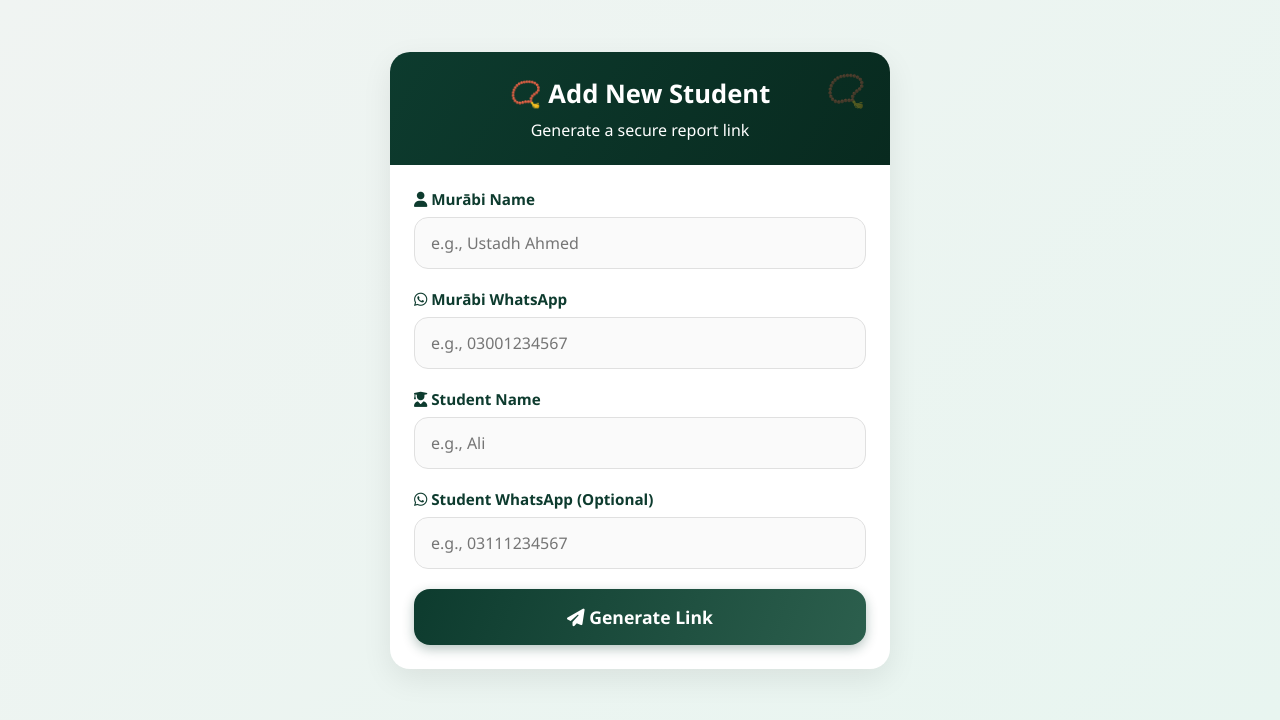
Repository: Shaeel-0005/AddStudent_form
Page: index.html
An editor plug-in stored every save of this project. The page is shown before and after the next save, followed by the edit.
The browser window is 1280 px wide. The pictures show the whole page.

Above is the page before, as saved 2025-11-09 22:00:10.

After the next save:
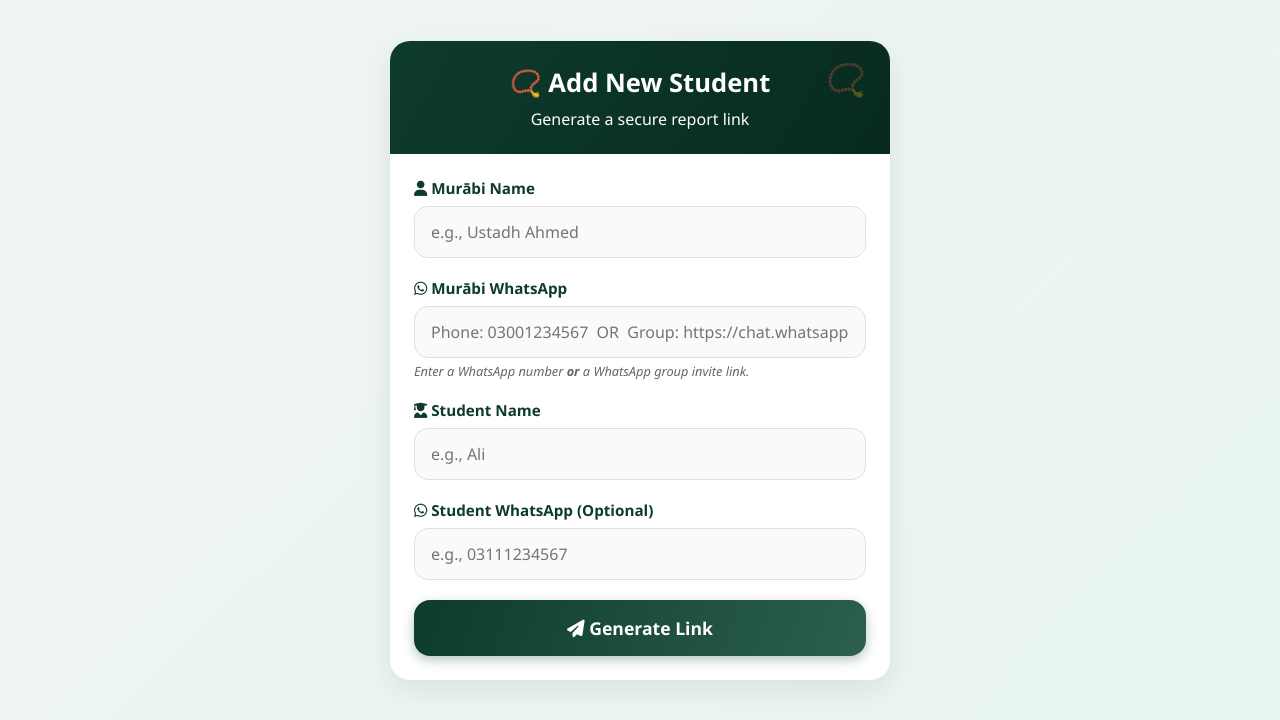
Saved 9 days later.
--- a/index.html
+++ b/index.html
@@ -52,6 +52,10 @@
     .input-group input:focus {
       outline: none; border-color: var(--accent); background-color: white;
     }
+    .help-text {
+      font-size: 0.8rem; color: #666; margin-top: 4px;
+      font-style: italic;
+    }
     .btn {
       display: block; width: 100%; padding: 16px;
       background: linear-gradient(110deg, var(--primary), var(--accent));
@@ -85,7 +89,11 @@
           </div>
           <div class="input-group">
             <label for="murabiNumber"><i class="fab fa-whatsapp"></i> Murābi WhatsApp</label>
-            <input type="text" id="murabiNumber" required placeholder="e.g., 03001234567">
+            <input type="text" id="murabiNumber" required
+                   placeholder="Phone: 03001234567  OR  Group: https://chat.whatsapp.com/...">
+            <div class="help-text">
+              Enter a WhatsApp number <strong>or</strong> a WhatsApp group invite link.
+            </div>
           </div>
           <div class="input-group">
             <label for="studentName"><i class="fas fa-user-graduate"></i> Student Name</label>
@@ -127,6 +135,17 @@
         return;
       }
 
+      // Optional: Basic format hint validation (not strict — backend handles logic)
+      const murabiInput = data.murabiNumber;
+      const isLikelyGroup = murabiInput.startsWith('https://chat.whatsapp.com/');
+      const isLikelyNumber = /^\+?[\d\s\-\(\)]{10,}$/.test(murabiInput.replace(/\s+/g, ''));
+
+      if (!isLikelyGroup && !isLikelyNumber) {
+        if (!confirm("⚠️ The WhatsApp field doesn't look like a number or group link.\nContinue anyway?")) {
+          return;
+        }
+      }
+
       const btn = document.querySelector(".btn");
       btn.disabled = true;
       btn.innerHTML = '<i class="fas fa-spinner fa-spin"></i> Saving...';
@@ -154,6 +173,8 @@
       const link = document.getElementById("linkDisplay").textContent;
       navigator.clipboard.writeText(link).then(() => {
         alert("✅ Link copied to clipboard!");
+      }).catch(() => {
+        prompt("Copy the link below:", link);
       });
     }
   </script>
